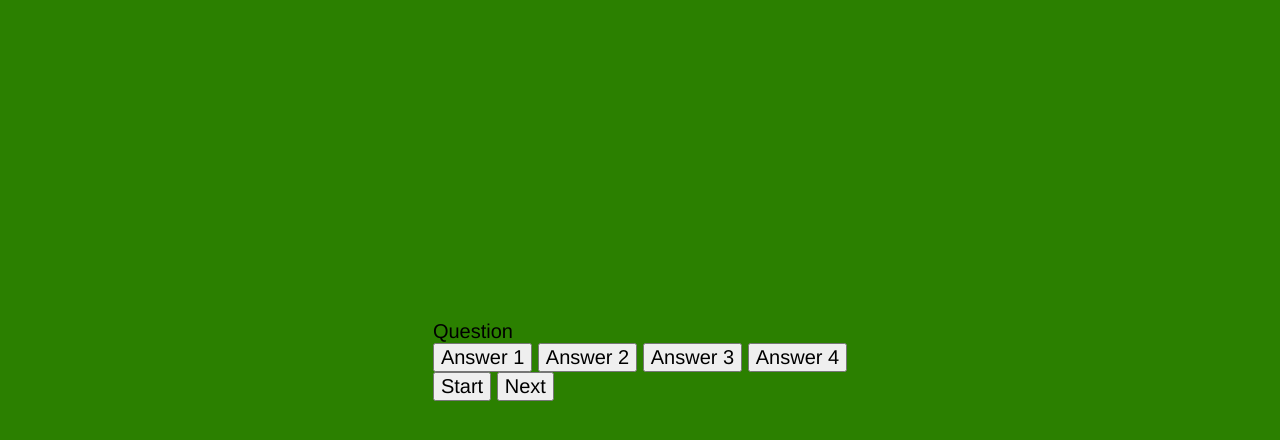
Repository: Vshepard879/Code-Quiz
Page: index.html
An editor plug-in stored every save of this project. The page is shown before and after the next save, followed by the edit.
The browser window is 1280 px wide. The pictures show the whole page.

Above is the page before, as saved 2022-03-18 01:47:10.

After the next save:
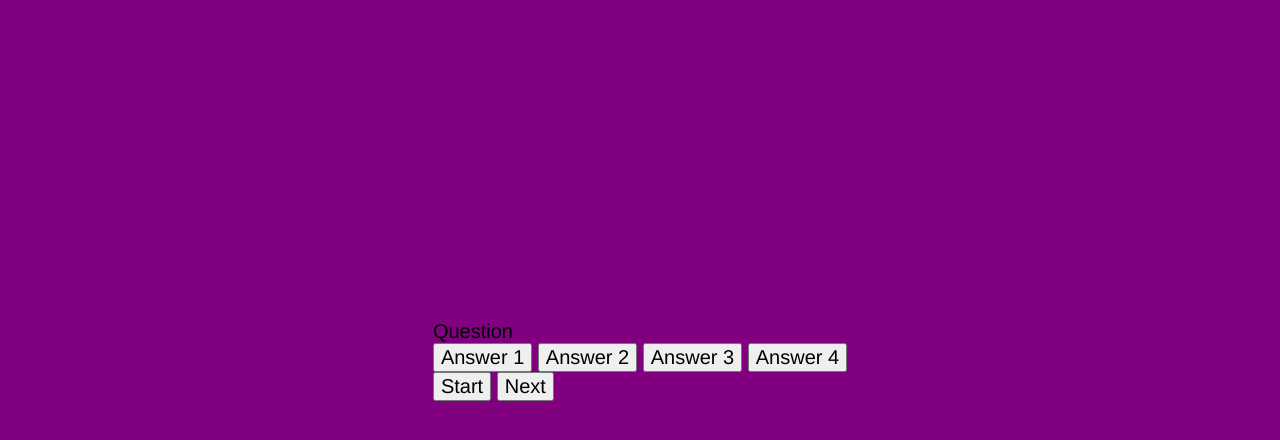
Saved 8 s later.
--- a/assets/css/style.css
+++ b/assets/css/style.css
@@ -5,7 +5,7 @@
 }
 
 :root {
-    --hue-neutral: 100;
+    --hue-neutral: 300;
     --hue-wrong: 0;
     --hue-correct: 145;
 }
